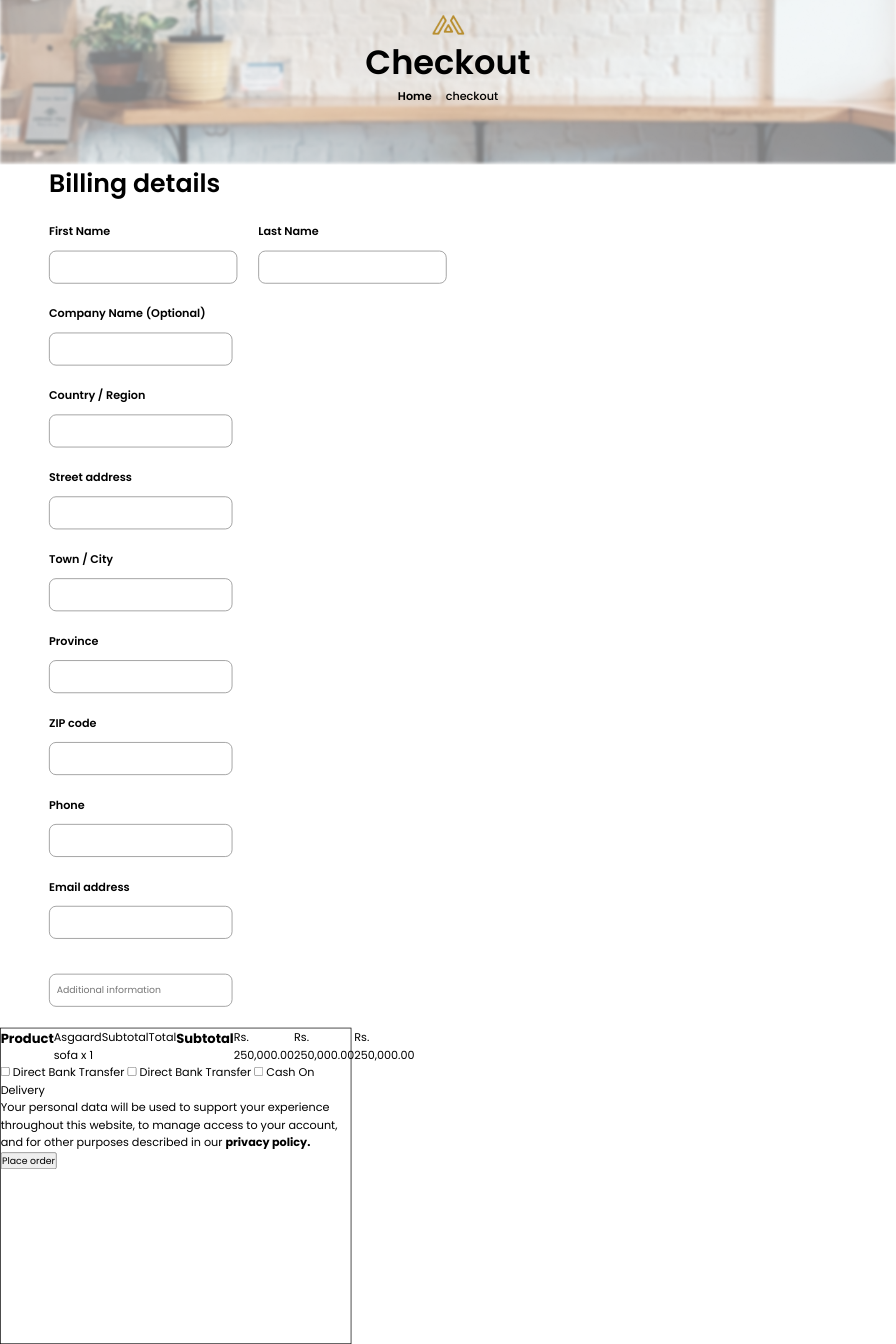
Repository: DT2301/project
Page: checkout.html
An editor plug-in stored every save of this project. The page is shown before and after the next save, followed by the edit.
The browser window is 1280 px wide. The pictures show the part of the page from y = 153 to 2073 px (the page is 2073 px tall), at 70% of full size.
A picture or video elsewhere on the page could not be fetched, so the positions and the page height are approximate.

Above is the page before, as saved 2024-01-08 10:13:26.

After the next save:
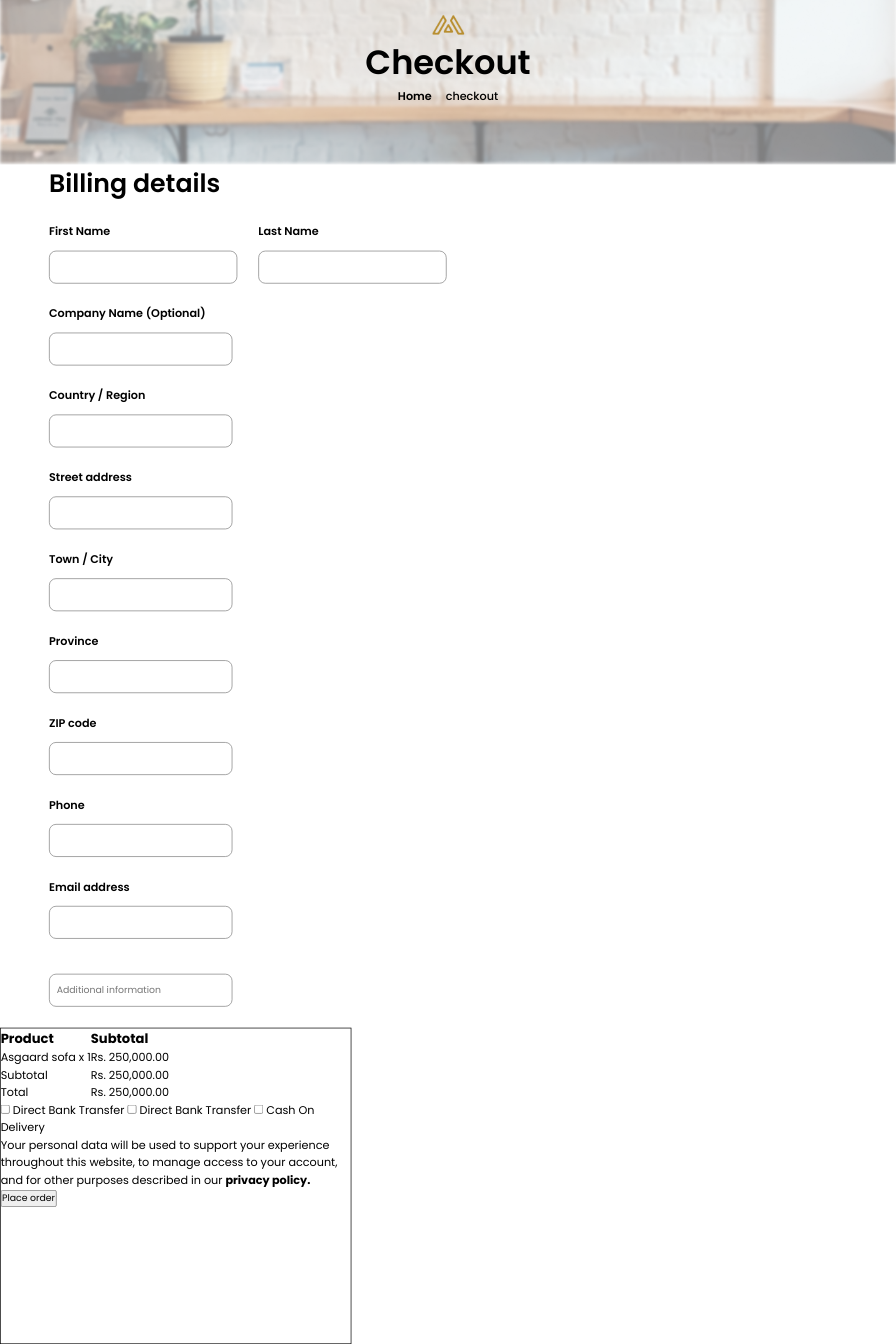
Saved 5 s later.
--- a/checkout.css
+++ b/checkout.css
@@ -170,5 +170,5 @@ ul {
 
 .checkout .placeorder div {
     display: flex;
-    flex-direction: ;
+    flex-direction: column;
 }
